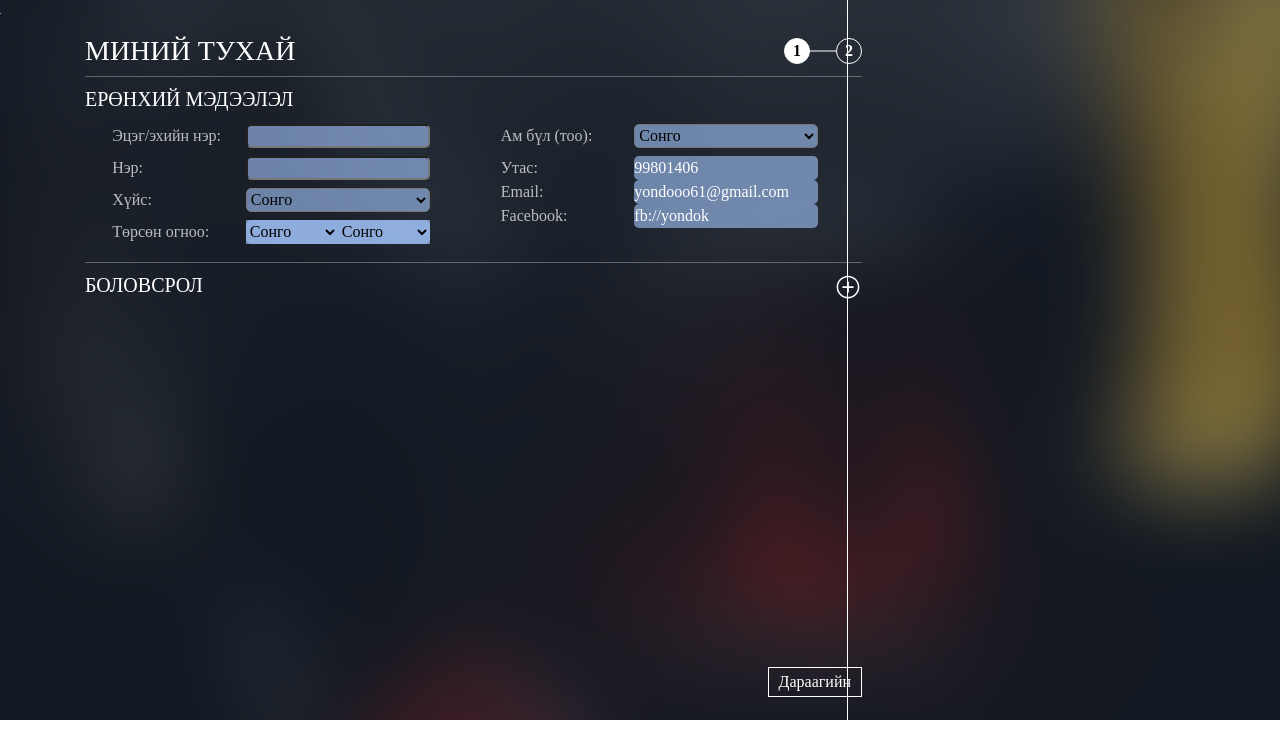
Repository: Yondo202/svProject
Page: /
The author's editor kept a copy of each file at every save. The page is drawn from the files as they stood at one save, then again after the next save.
The browser window is 1280 px wide. The pictures show the whole page.
The project was rebuilt for these pictures with package versions that can differ from the ones it lists, and the page was loaded fresh each time. The framework's server and built-in components were replaced by stand-ins that run in the browser. Also part of the build but not shown: next.config.js, style/style.scss.

Above is the page before, as saved 2020-11-20 01:39:10.

### pages/_app.js
import React from "react";
import App from "next/app";
import '../style/style.scss'
import { AnimatePresence } from "framer-motion";
import { MenuProvider } from "@/miscs/ContextMenuProvider";
import { ThemeProvider } from "styled-components";
import * as theme from "@/miscs/theme";
import checkLanguage from "@/components/miscs/checkLanguage";

const base = "http://localhost:1337";

class MyApp extends App {
    state = {
        menu: [],
        completelyLoaded: false,
    };
    // async componentDidMount() {
    //     let res = await checkLanguage(queryString, null);
    //     this.setState({ completelyLoaded: true, menu: res.data.menu.Main});
    // }

    render() {
        const { Component, pageProps, router } = this.props;

        return (
            <ThemeProvider theme={theme}>
                <MenuProvider value={this.state}>
                    <AnimatePresence exitBeforeEnter>
                        <Component {...pageProps} key={router.route} />
                    </AnimatePresence>
                </MenuProvider>
            </ThemeProvider>
        );
    }
}

export default MyApp;

const queryString = ``

// const queryString = `
// {
// menu {
//     Main {
//     Title Slug Page {
//         Slug
//         }
//         }
//     }
// }`;

### pages/_document.js
import css from '../style/style.scss'
import Document, { Html, Head, Main, NextScript } from 'next/document'
import Pixel from "@/components/miscs/Pixel";

class MyDocument extends Document {
    render(){
        return(
            <Html lang="mn">
                <Head>
                    <link rel="stylesheet" href="https://stackpath.bootstrapcdn.com/bootstrap/4.3.1/css/bootstrap.min.css" integrity="sha384-ggOyR0iXCbMQv3Xipma34MD+dH/1fQ784/j6cY/iJTQUOhcWr7x9JvoRxT2MZw1T" crossOrigin="anonymous"/>
                    <link rel="shortcut icon" href="/img/ico.png" />
                    <link href="https://fonts.googleapis.com/css2?family=Roboto:wght@300;400;700&display=swap" rel="stylesheet"/>
                    <link href="https://fonts.googleapis.com/css2?family=Poppins:wght@300;400;500&display=swap" rel="stylesheet"></link>
                    <Pixel/>
                </Head>
                <body>
                    <Main/>
                    <NextScript/>
                </body>
            </Html>
        )
    }
}

export default MyDocument

### pages/index.js
import React from "react";
import { motion } from "framer-motion";
import Background from '../components/Top'
import Forms from '../components/mainForm'

function index() {
    return (
        <div>
            <Background />
            <Forms />
        </div>
    )
}

export default index




























// import Root from "@/core/Root";
// import ResolveComponent from "@/components/dynamic/ResolveComponent"
// import checkLanguage from "@/components/miscs/checkLanguage";
// import { MenuContext } from '@/miscs/ContextMenuProvider'
// import { useContext } from "react";

// const Index = ({ data }) => {

//     let { Layout } = data
//     const { completelyLoaded } = useContext(MenuContext);

//     return (
//         <motion.div exit={{ opacity: 0 }} initial={{ opacity: 0 }} animate={{ opacity: 1 }} >
//             <Root noFooter>
//                 {completelyLoaded &&
//                     <ResolveComponent data={Layout} />
//                 }
//             </Root>
//         </motion.div>
//     );

// };
// export default Index;

// export async function getServerSideProps({ params, req }) {
//     let res = await checkLanguage('/home', req, true);
//     return { props: { data: res.data } }
// }

### components/miscs/ContextMenuProvider.js
import React from 'react';

const MenuContext = React.createContext();

const MenuProvider = MenuContext.Provider
const MenuConsumer = MenuContext.Consumer

export {MenuProvider, MenuConsumer, MenuContext}

### components/miscs/theme.js
export const colorOne = "#532532";
export const colorTwo = "#123123";
export const fontSize = "16px";
export const fontFamily1 = "Poppins', sans-serif"

### components/miscs/checkLanguage.js
import fetch from "node-fetch";
import parseCookies from '@/miscs/parseCookies';

const checkLanguage = async (queryString, req, normal) =>{

    const cookies = parseCookies(req);
    const httpObject = { method: 'post', headers: { 'Content-Type': 'application/json'}, body: JSON.stringify({ query: `query ${queryString}`})}

    if(normal){
        return new Promise(async(resolve, reject) => {
            if(cookies['tb-lang'] === "en"){
                const res = await fetch(`http://localhost:1337${queryString}`);
                const pageData = await res.json();
                return resolve({data: pageData});
            }
            else{
                const res = await fetch(`http://localhost:1337${queryString}`);
                const pageData = await res.json();
                return resolve({data: pageData});
            }
        })
    }

    return new Promise(async(resolve, reject)=>{
      if(cookies['tb-lang'] === "en"){
          const res = await fetch('http://localhost:1337/graphql', httpObject)
          const pageData = await res.json()
          return resolve({data: pageData.data});
      }
      else{
          const res = await fetch('http://localhost:1337/graphql', httpObject)
          const pageData = await res.json()
          return resolve({data: pageData.data});
      }
    })

}

export default checkLanguage

### components/miscs/Pixel.js
import React from "react";

export default () => (
    <React.Fragment>
        <script
            dangerouslySetInnerHTML={{
                __html: `!function(f,b,e,v,n,t,s){if(f.fbq)return;n=f.fbq=function(){n.callMethod?n.callMethod.apply(n,arguments):n.queue.push(arguments)};if(!f._fbq)f._fbq=n;n.push=n;n.loaded=!0;n.version='2.0';n.queue=[];t=b.createElement(e);t.async=!0;t.src=v;s=b.getElementsByTagName(e)[0];s.parentNode.insertBefore(t,s)}(window,document,'script','https://connect.facebook.net/en_US/fbevents.js');fbq('init', '626874991348714'); fbq('track', 'PageView');`,
            }}
        />
        <noscript
            dangerouslySetInnerHTML={{
                __html: `<img height="1" width="1" src="https://www.facebook.com/tr?id=626874991348714&ev=PageView&noscript=1"/>`,
            }}
        />
    </React.Fragment>
);

### components/Top.js
// import React from 'react';

// const Test = ({data}) => {
//     return (
//         <div>
//             {data.Title && <h1>{data.Title}hahhaha</h1>}
//         </div>
//     );
// };

// export default Test;

import React from 'react'
import styled from 'styled-components'
function top({data}) {
    return (
        <Conainer style={{backgroundImage:"url('/img/Blur.png')"}}>
        </Conainer>
    )
}

export default top


const Conainer = styled.div`
    color:white;
    background-size: cover;
    background-position:center center;
    min-height: 80vh;
    max-height: 100vh;
    height: 100vh;
    width: 100%;
    position: fixed;
    top:0;
    z-index: -2;
`

### components/miscs/parseCookies.js
import cookie from 'cookie'

export default function parseCookies(req) {
    return cookie.parse(req ? req.headers.cookie || "" : document.cookie);
}

### components/form1.js
import React,{useState} from 'react'
import styled from 'styled-components'
import Modal from 'react-modal';
import {IoIosAddCircleOutline} from 'react-icons/io'
import {RiAddLine} from 'react-icons/ri'
import Education from '../components/education'
import Axios from 'axios';


const customStyles = {
    content : {
      top                   : '50%',
      left                  : '50%',
      right                 : 'auto',
      bottom                : 'auto',
      marginRight           : '-50%',
      transform             : 'translate(-50%, -50%)'
    }
  };

function form1() {
    var subtitle;
    const [modalIsOpen,setIsOpen] = React.useState(false);
    function openModal() {
      setIsOpen(true);
    }
    function closeModal(){
    setIsOpen(false);
    }
    const [Value,setValue] = useState('хоосон');


    const handleClick = async (e) =>{
        e.preventDefault();
        let rs = document.querySelectorAll('.getinput');
        let arr = Array.from(rs);
        let final = {};
        arr.map(element=>{
            let field = element.name;
            let value = element.value;
            final[field] = value
        });
        console.log(final, "kekeke")
        await Axios.post('http://localhost:1337/forms', final);
    }
    // const capitalize = (s) => {
    //     if (typeof s !== 'string') return ''
    //     return s.charAt(0).toUpperCase() + s.slice(1)
    //   }

    return (
        <Conainer>
            <div className="headerPAr">
                <h5 className="title">ЕРӨНХИЙ МЭДЭЭЛЭЛ</h5>
            </div>
            <div className="ParentInfo">
                <div className="colOne">
                    <div className="main-info">
                        <label className="B">Эцэг/эхийн нэр:</label>
                        <input className="getinput val" type="text" name="parent" />
                    </div>
                    <div className="main-info">
                        <label className="B">Нэр:</label>
                        <input className="getinput val" type="text" name="name" />
                    </div>
                    <div className="main-info">
                        <label className="B">Хүйс:</label>
                        <select className="getinput val" name="sex" placeholder="сүно">
                            <option value="" >Сонго</option>
                            <option value="man">Эрэгтэй</option>
                            <option value="women">Эмэгтэй</option>
                        </select>
                    </div>
                    <div className="main-info">
                        <label className="B">Төрсөн огноо:</label>
                        <div className="val">
                            <select className="getinput childs" name="sex" placeholder="сүно">
                                <option value="" >Сонго</option>
                                <option value="man">Эрэгтэй</option>
                                <option value="women">Эмэгтэй</option>
                            </select>
                            <select className="getinput childs" name="sex" placeholder="сүно">
                                <option value="" >Сонго</option>
                                <option value="man">Эрэгтэй</option>
                                <option value="women">Эмэгтэй</option>
                            </select>
                        </div>

                    </div>
                </div>

                <div className="colOne">
                    <div className="main-info">
                    <label className="B">Ам бүл (тоо):</label>
                        <select className="getinput val" name="sex" placeholder="сүно">
                            <option value="" >Сонго</option>
                            <option value="man">1</option>
                            <option value="women">2</option>
                            <option value="women">3</option>
                            <option value="women">4</option>
                            <option value="women">5</option>
                            <option value="women">6</option>
                    </select>

                    </div>
                    <div className="main-info">
                        <span className="B">Утас:</span>
                        <span className="val">99801406</span>
                    </div>
                    <div className="main-info">
                        <span className="B">Email:</span>
                        <span className="val">yondooo61@gmail.com</span>
                    </div>
                    <div className="main-info">
                        <span className="B">Facebook:</span>
                        <span className="val">fb://yondok</span>
                    </div>
                </div>
            </div>

            <Education />
        </Conainer>
    )
}

export default form1

const Conainer = styled.div`
    padding-top:10px;
    .headerPAr{
        width:70%;
        display:flex;
        flex-direction:row;
        justify-content:space-between;
        margin-bottom:5px;
        .svgBtn{
            cursor:pointer;
            font-size:28px;
            border-radius:50%;
            transition:all 0.3s ease;
            &:hover{
                color:black;
                background:white;
            }
        }
    }
    .ParentInfo{
         display:flex;
         flex-direction: row;
         justify-content:space-around;
         width:70%;
         font-size:16px;
         border-bottom: solid 0.5px rgba(255,255,255, 0.3);
         padding-bottom:10px;
         .colOne{
             width:43%;
             .main-info{
                display:flex;
                flex-direction:row;
                justify-content:start;

                 .B{
                     color:rgba(255,255,255, 0.7);
                     width:40%;
                 }
                 .val{
                    border-radius:5px;
                    width:55%;
                    background:rgba(166,200,255, 0.6);
                    height:24px;
                    .childs{
                        background:rgba(166,200,255, 0.6);
                        height:24px;
                        width:50%;
                        border:none;
                    }
                 }
             }
         }
    }
    @media only screen and (max-width:786px){
        .headerPAr{
            width:100%;
        }
        .ParentInfo{
            flex-direction: column;
            width:100%;
            .colOne{
                width:100%;
            }
        }
    }
`

### components/form2.js
import React from 'react'
import styled from 'styled-components'
import Modal from 'react-modal';
import {IoIosAddCircleOutline} from 'react-icons/io'
import {RiAddLine} from 'react-icons/ri'
import Education from '../components/education'


const customStyles = {
    content : {
      top                   : '50%',
      left                  : '50%',
      right                 : 'auto',
      bottom                : 'auto',
      marginRight           : '-50%',
      transform             : 'translate(-50%, -50%)'
    }
  };

function form2() {
    var subtitle;
    const [modalIsOpen,setIsOpen] = React.useState(false);
    function openModal() {
      setIsOpen(true);
    }
    function afterOpenModal() {
        // references are now sync'd and can be accessed.
        subtitle.style.color = '#0E3232';
      }
    function closeModal(){
    setIsOpen(false);
    }
    return (
        <Conainer>
            <div className="headerPAr">
                <h5 className="title">ЕРӨНХИЙ МЭДЭЭЛЭЛ</h5>
                <div>
                <IoIosAddCircleOutline  className="svgBtn" onClick={openModal} />
                {/* <span  className="svgBtn" onClick={openModal}>+</span> */}
                    <Modal
                        isOpen={modalIsOpen}
                        onAfterOpen={afterOpenModal}
                        onRequestClose={closeModal}
                        style={customStyles}
                        contentLabel="Example Modal"
                    >
                        {/* <h2 ref={_subtitle => (subtitle = _subtitle)}>Hello</h2> */}
                        <button onClick={closeModal}>close</button>
                        <form>
                            {/* <input />
                            <button>tab navigation</button>
                            <button>stays</button>
                            <button>inside</button>
                            <button>the modal</button> */}
                        </form>
                    </Modal>
                    </div>
                </div>
            <div className="ParentInfo">
                <div className="colOne">
                    <div className="main-info">
                        <span className="B">Эцэг/эхийн нэр:</span>
                        <span className="val">Гантулга</span>
                    </div>
                    <div className="main-info">
                        <span className="B">Нэр:</span>
                        <span className="val">Ёндонжамц</span>
                    </div>
                    <div className="main-info">
                        <span className="B">Хүйс:</span>
                        <span className="val">Эр</span>
                    </div>
                    <div className="main-info">
                        <span className="B">Төрсөн огноо:</span>
                        <span className="val">1996-05-10</span>
                    </div>
                </div>

                <div className="colOne">
                    <div className="main-info">
                        <span className="B">Ам бүл:</span>
                        <span className="val">3 (Ээж, Эмэгтэй дүү)</span>
                    </div>
                    <div className="main-info">
                        <span className="B">Утас:</span>
                        <span className="val">99801406</span>
                    </div>
                    <div className="main-info">
                        <span className="B">Email:</span>
                        <span className="val">yondooo61@gmail.com</span>
                    </div>
                    <div className="main-info">
                        <span className="B">Facebook:</span>
                        <span className="val">fb://yondok</span>
                    </div>
                </div>
            </div>

            <Education />
        </Conainer>
    )
}

export default form2

const Conainer = styled.div`
    padding-top:10px;
    .headerPAr{
        width:70%;
        display:flex;
        flex-direction:row;
        justify-content:space-between;
        margin-bottom:5px;
        .svgBtn{
            cursor:pointer;
            font-size:28px;
            border-radius:50%;
            transition:all 0.3s ease;
            &:hover{
                color:black;
                background:white;
            }
        }
    }
    .ParentInfo{
         display:flex;
         flex-direction: row;
         justify-content:space-around;
         width:70%;
         font-size:16px;
         border-bottom: solid 0.5px rgba(255,255,255, 0.3);
         padding-bottom:10px;
         .colOne{
             width:43%;
             .main-info{
                display:flex;
                flex-direction:row;
                justify-content:space-between;

                 .B{
                     color:rgba(255,255,255, 0.7);
                     width:40%;
                 }
                 .val{
                    // margin-left:15px;
                    width:55%;
                 }
             }
         }
    }
`

### components/education.js
import React from 'react'
import styled from 'styled-components'
import {IoIosAddCircleOutline} from 'react-icons/io'
import Modal from 'react-modal';

const customStyles = {
    content : {
      top                   : '50%',
      left                  : '50%',
      right                 : 'auto',
      bottom                : 'auto',
      marginRight           : '-50%',
      transform             : 'translate(-50%, -50%)'
    }
  };
function education() {
    var subtitle;
    const [modalIsOpen,setIsOpen] = React.useState(false);
    function openModal() {
      setIsOpen(true);
    }
    function afterOpenModal() {
        // references are now sync'd and can be accessed.
        subtitle.style.color = '#0E3232';
      }
    function closeModal(){
    setIsOpen(false);
    }


    return (
        <Container>
            <div className="headerPAr">
                <h5 className="title">БОЛОВСРОЛ</h5>
                <div>
                <IoIosAddCircleOutline className="svgBtn" onClick={openModal} />
                    <Modal
                        isOpen={modalIsOpen}
                        onAfterOpen={afterOpenModal}
                        onRequestClose={closeModal}
                        style={customStyles}
                        contentLabel="Example Modal"
                    >
                        <h2 ref={_subtitle => (subtitle = _subtitle)}>Hello</h2>
                        <button onClick={closeModal}>close</button>
                        <form>
                            <input />
                            <button>tab navigation</button>
                            <button>stays</button>
                            <button>inside</button>
                            <button>the modal</button>
                        </form>
                    </Modal>
                    </div>
                </div>
        </Container>
    )
}

export default education


const Container = styled.div`
    padding-top:10px;

`

Loaded but not shown: components/mainForm.js (180 lines, source omitted)

After the next save:
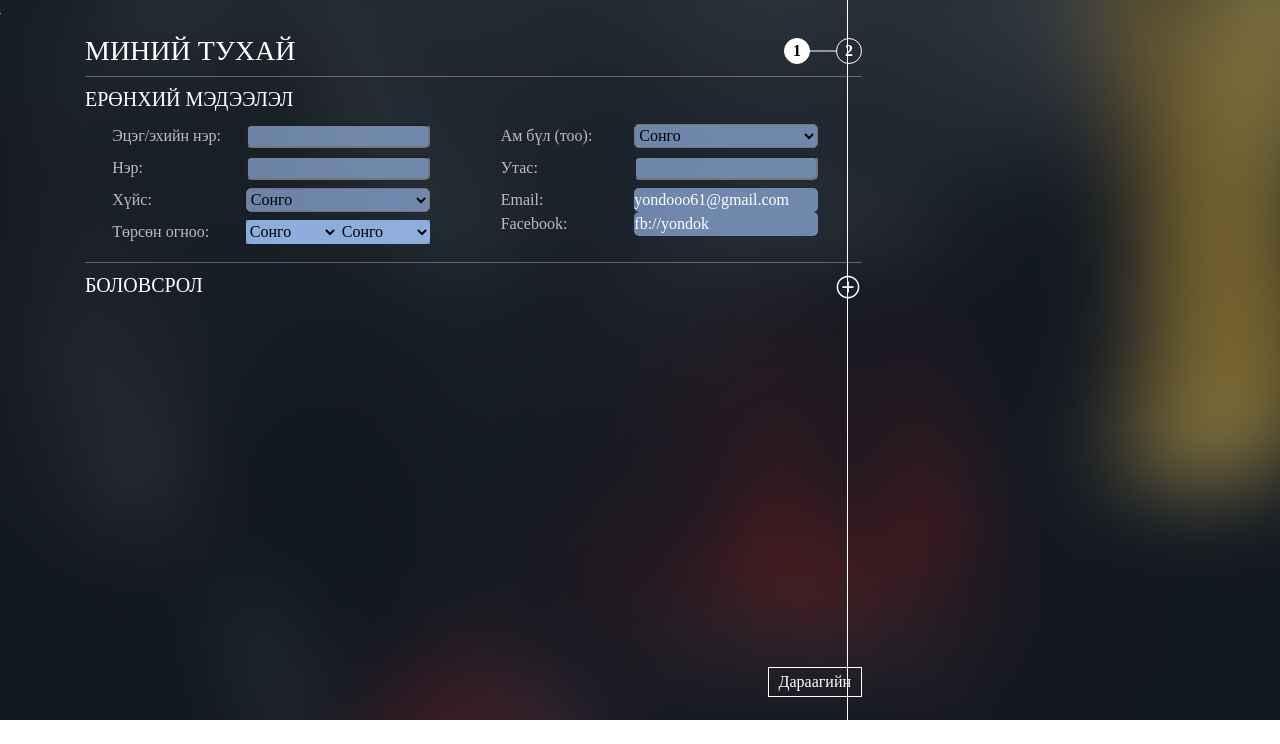
Saved 67 s later.
--- a/components/form1.js
+++ b/components/form1.js
@@ -104,8 +104,9 @@ function form1() {
 
                     </div>
                     <div className="main-info">
-                        <span className="B">Утас:</span>
-                        <span className="val">99801406</span>
+                    <label className="B">Утас:</label>
+                        <input className="getinput val" type="text" name="phone" />
+
                     </div>
                     <div className="main-info">
                         <span className="B">Email:</span>
